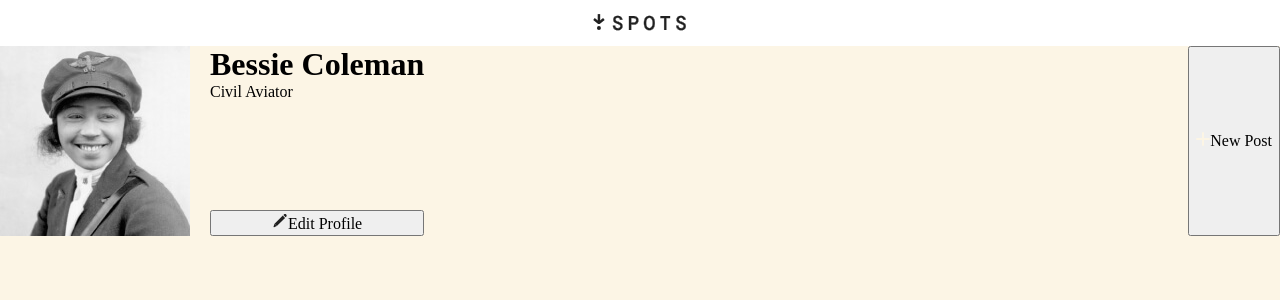
Repository: riffey55/se_project_spots
Page: index.html
An editor plug-in stored every save of this project. The page is shown before and after the next save, followed by the edit.
The browser window is 1280 px wide. The pictures show the whole page.

Above is the page before, as saved 2025-05-19 17:13:26.

After the next save:
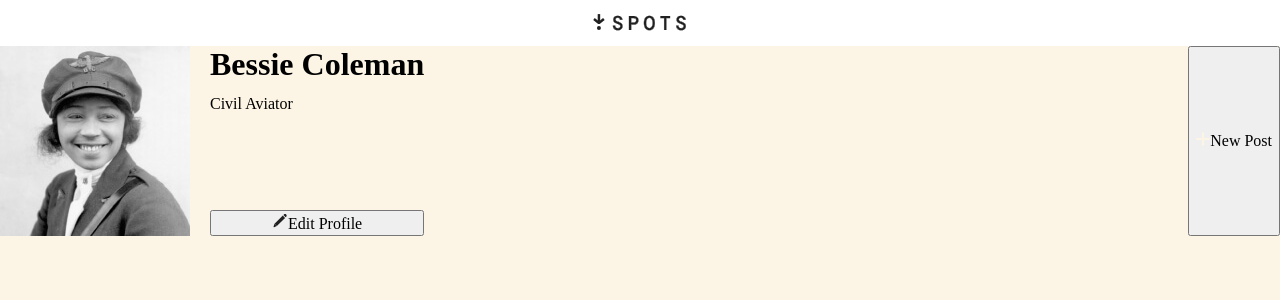
Saved 84 s later.
--- a/blocks/profile.css
+++ b/blocks/profile.css
@@ -12,7 +12,7 @@
 }
 
 .profile__name {
-  margin: 0;
+  margin: 0 0 12px;
 }
 
 .profile__description {
